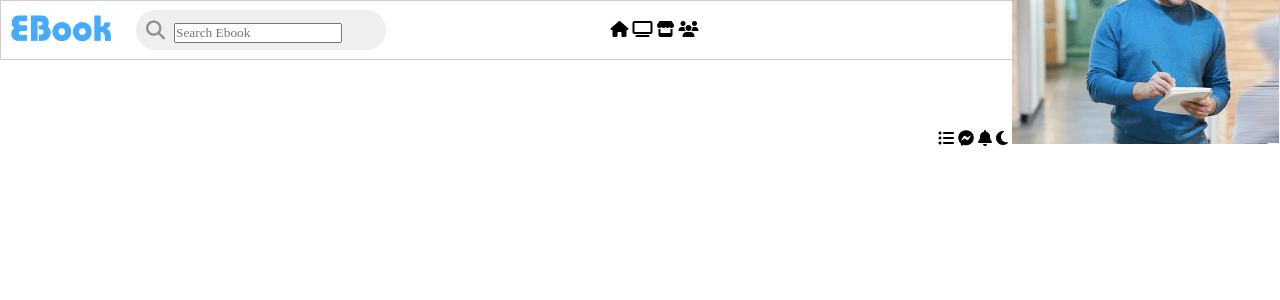
Repository: datvu1608/cloneebook
Page: index.html
An editor plug-in stored every save of this project. The page is shown before and after the next save, followed by the edit.
The browser window is 1280 px wide. The pictures show the whole page.
Some web libraries are served in a nearby version.

Above is the page before, as saved 2023-02-23 14:42:53.

### index.html
<!DOCTYPE html>
<html lang="en">
  <head>
    <meta charset="UTF-8" />
    <meta http-equiv="X-UA-Compatible" content="IE=edge" />
    <meta name="viewport" content="width=device-width, initial-scale=1.0" />
    <title>Face Clone</title>
    <link
      rel="stylesheet"
      href="https://cdnjs.cloudflare.com/ajax/libs/font-awesome/6.3.0/css/all.min.css"
      integrity="sha512-SzlrxWUlpfuzQ+pcUCosxcglQRNAq/DZjVsC0lE40xsADsfeQoEypE+enwcOiGjk/bSuGGKHEyjSoQ1zVisanQ=="
      crossorigin="anonymous"
      referrerpolicy="no-referrer"
    />
    <link rel="stylesheet" href="style.css" />
  </head>
  <body>
    <nav>
      <div class="left">
        <div class="logo">
          <img src="./image/logo.png" alt="" />
        </div>
        <div class="search-bar">
          <i class="fa-solid fa-magnifying-glass"></i>
          <input type="text" name="" id="" placeholder="Search Ebook" />
        </div>
      </div>

      <div class="center">
        <i class="fa-solid fa-house"></i>
        <i class="fa-solid fa-tv"></i>
        <i class="fa-solid fa-store"></i>
        <i class="fa-solid fa-users"></i>
      </div>

      <div class="right">
        <i class="fa-solid fa-list-ul"></i>
        <i class="fa-brands fa-facebook-messenger"></i>
        <i class="fa-solid fa-bell"></i>
        <i class="fa-solid fa-moon"></i>
        <img src="./image/profile.png" alt="" />
      </div>
    </nav>
  </body>
</html>

### style.css
* {
  margin: 0;
  padding: 0;
  box-sizing: border-box;
  font-family: serif;
}
nav {
  width: 100%;
  height: 60px;
  display: flex;
  align-items: center;
  justify-content: space-between;
  border: 1px solid #ccc;
  background: #fff;
  position: fixed;
  z-index: 1000;
  cursor: pointer;
}
nav .left img {
  width: 100px;
  margin: 5px 0;
  cursor: pointer;
}
nav .left {
  display: flex;
  align-items: center;
  justify-content: center;
  margin-left: 10px;
}
nav .left .search-bar {
  width: 250px;
  height: 40px;
  background: #efefef;
  border-radius: 30px;
  padding: 0 10px;
  margin-left: 10px;
  position: relative;
  left: 15px;
}
nav .left .search-bar i {
  line-height: 40px;
  font-size: 19px;
  color: #919191;
  margin-right: 5px;
}
nav .left .search-bar input {
          d
}

After the next save:
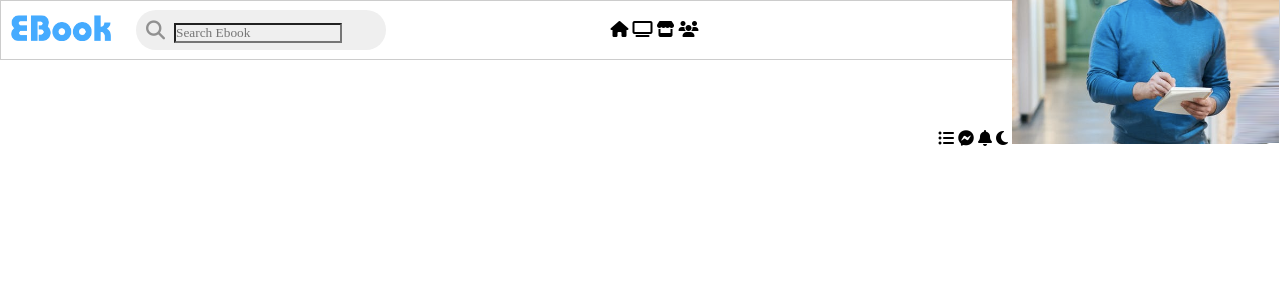
Saved 9 s later.
--- a/style.css
+++ b/style.css
@@ -44,5 +44,5 @@ nav .left .search-bar i {
   margin-right: 5px;
 }
 nav .left .search-bar input {
-          d
+  background-color: transparent;
 }
